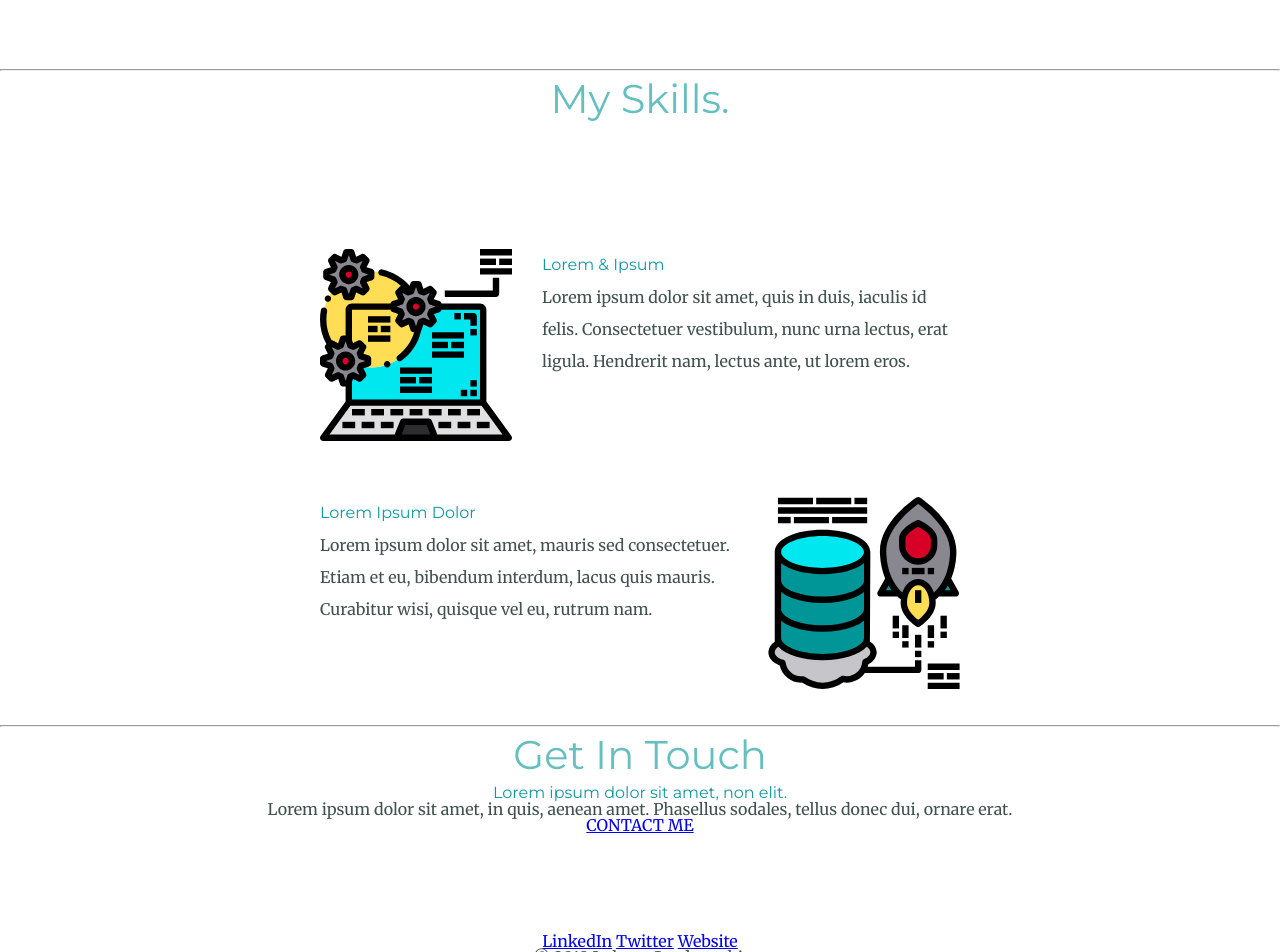
Repository: Isanderr/simple_landing_page-1
Page: index.html
These files come from the project's save history. The page is drawn as it stood at one moment and after the next save; the edit follows.
The browser window is 1280 px wide. The pictures show the part of the page from y = 969 to 1921 px (the page is 1936 px tall before and 1934 px after).
A picture or video elsewhere on the page could not be fetched, so the positions and the page height are approximate.

Above is the page before, as saved 2019-02-01 17:39:28.

### index.html
<!DOCTYPE html>
<html lang="en">

    <head>
        <meta charset="UTF-8">
        <meta name="viewport" content="width=device-width, initial-scale=1.0">
        <meta http-equiv="X-UA-Compatible" content="ie=edge">
        <title>CendrowskiL</title>
        <link rel="stylesheet" href="css/reset.css">
        <link rel="stylesheet" href="css/styles.css">
        <link rel="shortcut icon" href="img/favicon.ico" type="image/x-icon">
        <link href="https://fonts.googleapis.com/css?family=Merriweather|Montserrat|Sacramento" rel="stylesheet">
    </head>

    <body>
    </body>
    <div class="top-container">
        <img class="top-cloud" src="img/cloud.png" alt="cloud-image">
        <h1>I'm Luke</h1>
        <h2>a <span class="pro">pro</span>grammer.</h2>
        <img class="bottom-cloud" src="img/cloud.png" alt="cloud-image">
        <img src="img/mountain.png" alt="mountain-image">
    </div>
    <div class="middle-container">
        <div class="profile">
            <img src="img/man.svg" alt="man" class="man-img">
            <h2>Hello.</h2>
            <p class="intro">Lorem ipsum dolor sit amet, vitae volutpat, dui conubia, dolor urna. Non auctor, montes
                nulla distinctio.</p>
        </div>
        <hr>
        <div class="skills">
            <h2>My Skills.</h2>
            <div class="skill-row">
                <img class="computer-img" src="img/optimize.svg" alt="computer">
                <h3>Lorem & Ipsum</h3>
                <p>Lorem ipsum dolor sit amet, quis in duis, iaculis id felis. Consectetuer vestibulum, nunc urna
                    lectus, erat ligula. Hendrerit nam, lectus ante, ut lorem eros.</p>
            </div>
            <div class="skill-row">
                <img src="img/hosting.svg" class="hosting-img" alt="rocket-databes">
                <h3>Lorem Ipsum Dolor</h3>
                <p>Lorem ipsum dolor sit amet, mauris sed consectetuer. Etiam et eu, bibendum interdum, lacus quis
                    mauris. Curabitur wisi, quisque vel eu, rutrum nam.</p>
            </div>
        </div>
        <hr>
        <div class="contact-me">
            <h2>Get In Touch</h2>
            <h3>Lorem ipsum dolor sit amet, non elit.</h3>
            <p>Lorem ipsum dolor sit amet, in quis, aenean amet. Phasellus sodales, tellus donec dui, ornare erat.</p>
            <a class="btn" href="mailto:name@email.com">CONTACT ME</a>
        </div>
    </div>
    <div class="bottom-container">
        <a class="footer-link" href="https://www.linkedin.com/">LinkedIn</a>
        <a class="footer-link" href="https://twitter.com/">Twitter</a>
        <a class="footer-link" href="https://www.appbrewery.co/">Website</a>
        <p>© 2019 Łukasz Cendrowski.</p>
    </div>
    </body>

</html>

### css/styles.css
/* font-family: 'Merriweather', serif;
font-family: 'Sacramento', cursive;
font-family: 'Montserrat', sans-serif; */

body{
    color: #40514E;
    margin: 0;
    text-align: center;
    font-family: 'Merriweather', serif;
}

h1 {
    color: #66bfbf;
    margin-top: 50px auto 0 auto;
    font-family: 'Sacramento', cursive;
    font-size: 5.625rem;
}
h2 {
    font-size: 2.5rem;
    font-family: 'Montserrat', sans-serif;
    color: #66bfbf;
    font-weight: normal;
    padding-bottom: 10px;
}
h3 {
    font-family: 'Montserrat', sans-serif;
    color: #11999E;
}


.top-container {
background-color: #E4f9f5;
position: relative;
padding-top: 100px;
}
.middle-container {
margin: 100px 0;
}
.contact-me{

}
.bottom-container {

}

.pro {
    text-decoration: underline;
}

.intro {

}

.top-cloud{
position: absolute;
right: 300px;
top: 50px;
}
.bottom-cloud {
position: absolute;
left: 300px;
bottom: 300px;
}

.profile {
    width: 50%;
    margin: auto;
    margin: 100px auto 100px auto;
    line-height: 2;
}

.skill-row {
    width: 50%;
    margin: auto;
    margin: 120px auto 100px auto;
    text-align: left;
    line-height: 2;
}

.man-img {
width: 30%;
}

.computer-img {
    width: 30%;
    float: left;
    margin-right: 30px;
}

.hosting-img {
    width: 30%;
    float: right;
    margin-left: 30px;
}

Loaded but not shown: css/reset.css (common file)

After the next save:
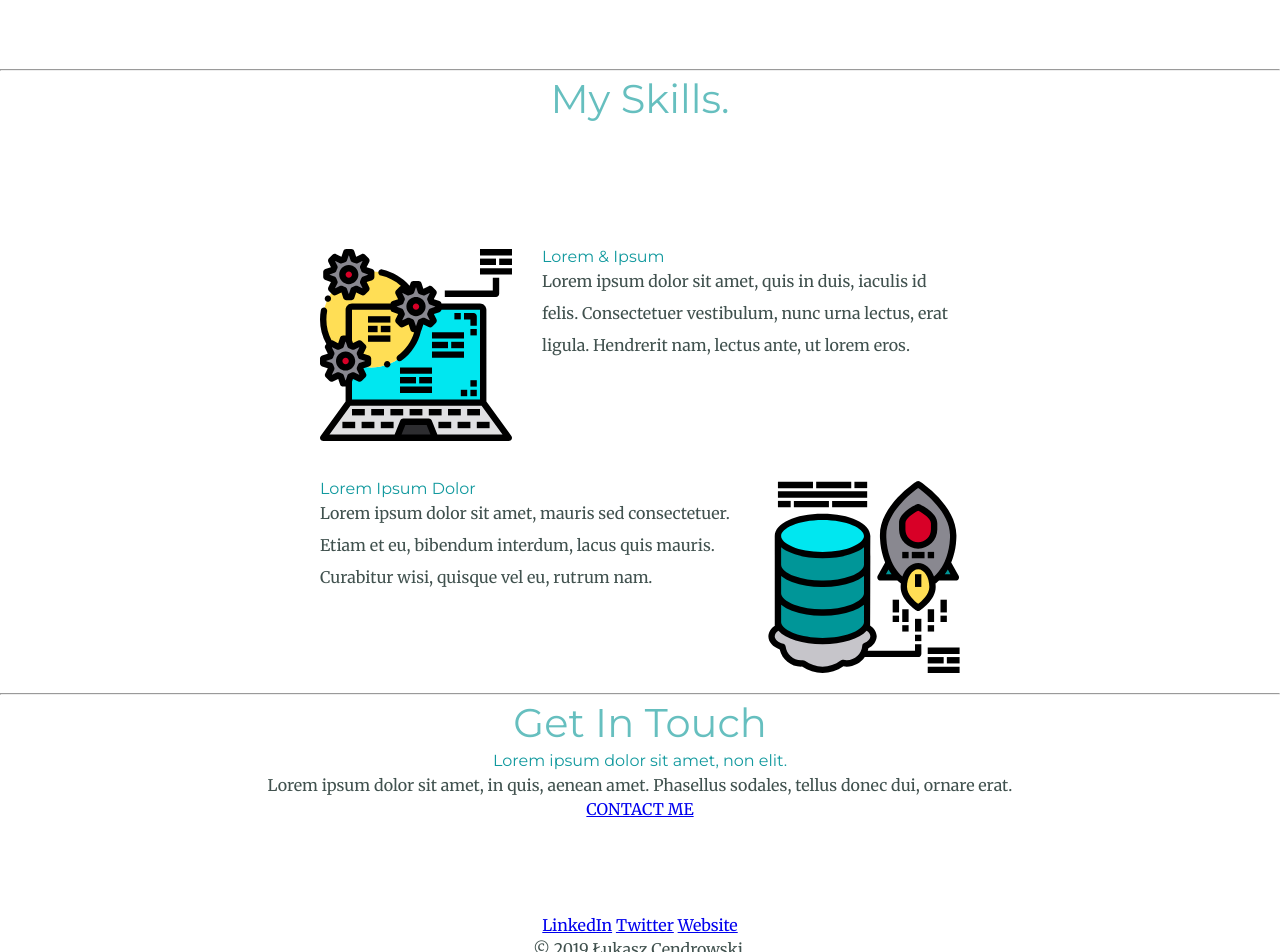
Saved 80 s later.
--- a/css/styles.css
+++ b/css/styles.css
@@ -27,6 +27,9 @@ h3 {
     color: #11999E;
 }
 
+p {
+    line-height: 2;
+}
 
 .top-container {
 background-color: #E4f9f5;
@@ -74,7 +77,7 @@ bottom: 300px;
     margin: auto;
     margin: 120px auto 100px auto;
     text-align: left;
-    line-height: 2;
+
 }
 
 .man-img {
